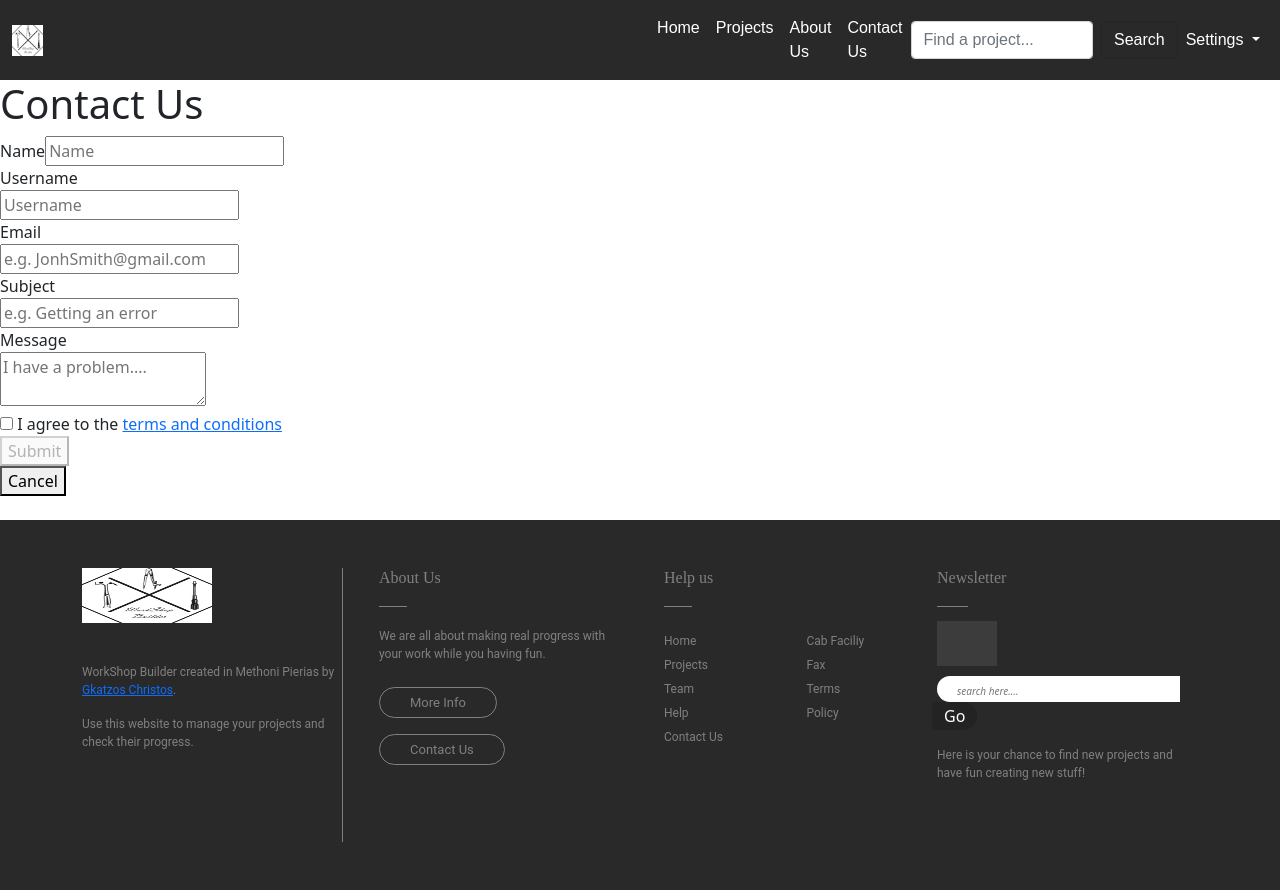
Repository: GkatzosChristos/workshop-builder-ui
Page: /contactUs (app in workshop-builder-ui/)
The author's editor kept a copy of each file at every save. The page is drawn from the files as they stood at one save, then again after the next save.
The browser window is 1280 px wide. The pictures show the whole page.
The project was rebuilt for these pictures with package versions that can differ from the ones it lists, and the page was loaded fresh each time. Also part of the build but not shown: workshop-builder-ui/angular.json, workshop-builder-ui/src/app/about-us/about-us.component.ts, workshop-builder-ui/src/app/home/home.component.ts, workshop-builder-ui/src/app/project/project.component.ts.

Above is the page before, as saved 2021-08-27 17:20:27.

### workshop-builder-ui/src/index.html
<!doctype html>
<html lang="en">
<head>
  <meta charset="utf-8">
  <title>WorkshopBuilderUI</title>
  <base href="/">
  <meta name="viewport" content="width=device-width, initial-scale=1">
  <link rel="icon" type="image/x-icon" href="favicon.ico">
</head>

<body>
  <app-root></app-root>
</body>

</html>

### workshop-builder-ui/src/app/app.module.ts
import { NgModule } from '@angular/core';
import { BrowserModule } from '@angular/platform-browser';
import { FormsModule } from '@angular/forms';
import { AppRoutingModule } from './app-routing.module';
import { AppComponent } from './app.component';
import { HeaderComponent } from './header/header.component';
import { FooterComponent } from './footer/footer.component';
import { ContactUsComponent } from './contact-us/contact-us.component';
import { AboutUsComponent } from './about-us/about-us.component';
import { ProjectsComponent } from './project/project.component';
import { HomeComponent } from './home/home.component';

@NgModule({
  declarations: [
    AppComponent,
    HeaderComponent,
    FooterComponent,
    ContactUsComponent,
    AboutUsComponent,
    ProjectsComponent,
    HomeComponent
  ],
  imports: [
    BrowserModule,
    AppRoutingModule,
    FormsModule
  ],
  providers: [],
  bootstrap: [AppComponent]
})
export class AppModule { }

### workshop-builder-ui/src/app/app-routing.module.ts
import { NgModule } from '@angular/core';
import { RouterModule, Routes } from '@angular/router';
import { AboutUsComponent } from './about-us/about-us.component';
import { ContactUsComponent } from './contact-us/contact-us.component';
import { HomeComponent } from './home/home.component';
import { ProjectsComponent } from './project/project.component';

const routes: Routes = [
  {
    path: '',
    component: HomeComponent
  },
  {
    path: 'contactUs',
    component: ContactUsComponent
  },
  {
    path: 'aboutUs',
    component: AboutUsComponent
  },
  {
    path: 'projects',
    component: ProjectsComponent
  },
];

@NgModule({
  imports: [RouterModule.forRoot(routes)],
  exports: [RouterModule]
})
export class AppRoutingModule { }

### workshop-builder-ui/src/app/app.component.ts
import { Component } from '@angular/core';

@Component({
  selector: 'app-root',
  templateUrl: './app.component.html',
  styleUrls: ['./app.component.scss']
})
export class AppComponent {
  title = 'workshop-builder-ui';
}

### workshop-builder-ui/src/app/contact-us/contact-us.component.ts
import { Component, OnInit } from '@angular/core';
import { FormGroup } from '@angular/forms';

@Component({
  selector: 'app-contact-us',
  templateUrl: 'contact-us.html',
  styles: [
  ]
})
export class ContactUsComponent implements OnInit {
  name: string='';
  username: string='';
  email: string='';
  subject: string='';
  message: string='';


  constructor() { }

  ngOnInit(): void {
  }

  submitForm(){
    const result = `${this.name}, your submission was successful! We will contact you at ${this.email} as soon as possible!`;
    alert(result);
  }

  onReset(){
    location.reload();
  }

}

### workshop-builder-ui/src/app/header/header.component.html
<head>
    <title>header</title>
    <meta charset="utf-8">
</head>
<header>
    <nav class="navbar navbar-expand-lg">
        <div class="container-fluid">
            <a class="navbar-brand" routerLink="/">
                <img src="/assets/images/workshop_logo.jpg" alt="WorkShop Builder">
            </a>
            <div id="navbarNavDropdown" class="collapse navbar-collapse">
                <ul class="navbar-nav me-auto my-2 my-lg-0 navbar-nav-scroll" style="--bs-scroll-height: 100px;">
                    <li class="nav-item">
                        <a class="nav-link text-white" routerLink="/">Home</a>
                    </li>
                    <li class="nav-item">
                        <a class="nav-link text-white" routerLink="/projects">Projects</a>
                    </li>
                    <li class="nav-item">
                        <a class="nav-link text-white" routerLink="/aboutUs">About Us</a>
                    </li>
                    <li class="nav-item">
                        <a class="nav-link text-white" routerLink="/contactUs">Contact Us</a>
                    </li>
                </ul>
                <form class="d-flex">
                    <input class="form-control me-2" type="text" placeholder="Find a project...">
                    <a class="btn btn-outline-dark text-white">Search</a>
                </form>
                <ul class="navbar-nav" style="--bs-scroll-height: 100px;">
                    <li class="nav-item dropdown">
                        <a class="nav-link dropdown-toggle text-white" href="#" id="navbarScrollingDropdown"
                            role="button" data-bs-toggle="dropdown" aria-expanded="false">
                            Settings
                        </a>
                        <ul class="dropdown-menu" aria-labelledby="navbarScrollingDropdown">
                            <li><a class="dropdown-item text-white" href="#">Sign in</a></li>
                            <li><a class="dropdown-item text-white" href="#">Sign up</a></li>
                            <li>
                                <hr class="dropdown-divider">
                            </li>
                            <li><a class="dropdown-item text-white" href="#">Report an issue</a></li>
                        </ul>
                    </li>
                </ul>
            </div>
        </div>
    </nav>
</header>

### workshop-builder-ui/src/app/header/header.component.scss
img {
    height: 5%;
    width: 5%;
}

nav {
    background: #292929;
}

header {
    font-family: 'Signika', sans-serif;
 }

### workshop-builder-ui/src/app/footer/footer.component.html
<head>
    <title>Footer</title>
    <meta charset="utf-8">
</head>
<footer class="container-fluid bg-grey py-5">
    <div class="container">
        <div class="row">
            <div class="col-md-6">
                <div class="row">
                    <div class="col-md-6 ">
                        <div class="logo-part">
                            <img src="/assets/images/workshop_logo.jpg" class="w-50 logo-footer">
                            <p>WorkShop Builder created in Methoni Pierias by <a
                                    href="https://www.linkedin.com/in/christos-gkatzos/">Gkatzos Christos</a>.</p>
                            <p>Use this website to manage your projects and check their progress.</p>
                        </div>
                    </div>
                    <div class="col-md-6 px-4">
                        <h6> About Us</h6>
                        <p>We are all about making real progress with your work while you having fun.</p>
                        <a href="#" class="btn-footer"> More Info </a><br>
                        <a href="#" class="btn-footer"> Contact Us</a>
                    </div>
                </div>
            </div>
            <div class="col-md-6">
                <div class="row">
                    <div class="col-md-6 px-4">
                        <h6> Help us</h6>
                        <div class="row ">
                            <div class="col-md-6">
                                <ul>
                                    <li> <a href="#"> Home</a> </li>
                                    <li> <a href="#"> Projects</a> </li>
                                    <li> <a href="#"> Team</a> </li>
                                    <li> <a href="#"> Help</a> </li>
                                    <li> <a href="#"> Contact Us</a> </li>
                                </ul>
                            </div>
                            <div class="col-md-6 px-4">
                                <ul>
                                    <li> <a href="#"> Cab Faciliy</a> </li>
                                    <li> <a href="#"> Fax</a> </li>
                                    <li> <a href="#"> Terms</a> </li>
                                    <li> <a href="#"> Policy</a> </li>
                                </ul>
                            </div>
                        </div>
                    </div>
                    <div class="col-md-6 ">
                        <h6> Newsletter</h6>
                        <div class="social">
                            <a href="#"><i class="fa fa-facebook mr-1" aria-hidden="true"></i></a>
                            <a href="#"><i class="fa fa-instagram" aria-hidden="true"></i></a>
                        </div>
                        <form class="form-footer my-3">
                            <input type="text" placeholder="search here...." name="search">
                            <input type="button" value="Go">
                        </form>
                        <p>Here is your chance to find new projects and have fun creating new stuff!</p>
                    </div>
                </div>
            </div>
        </div>
    </div>
</footer>

### workshop-builder-ui/src/app/footer/footer.component.scss
body {
    font-family: 'Signika', sans-serif;
 }
 .bg-grey {
    background: #292929;
 }
 .logo-footer {
    margin-bottom: 40px;
 }
 footer {
    color: grey;
 }
 footer p, a {
    font-size: 12px;
    font-family: 'Roboto', sans-serif;
}
footer h6 {
    font-family: 'Playfair Display', serif;
    margin-bottom: 40px;
    position: relative;
}
footer h6:after {
    position: absolute;
    content: "";
    background: grey;
    width: 12%;
    height: 1px;
    left: 0;
    bottom: -20px;
}
.btn-footer {
    color: grey;
    text-decoration: none;
    border: 1px solid;
    border-radius: 43px;
    font-size: 13px;
    padding: 7px 30px;
    line-height: 47px;
 }

 .btn-footer:hover {
    text-decoration: none;
 }

.form-footer input[type="text"] {
    border: none;
    border-radius: 16px 0 0 16px;
    outline: none;
    padding-left: 10px;
}

::placeholder {
    font-size: 10px;
    padding-left: 10px;
    font-style: italic;
}

.form-footer input[type="button"] {
    border: none;
    background:#232323;
    margin-left: -5px;
    color: #fff;
    outline: none;
    border-radius: 0 16px 16px 0;
    padding: 2px 12px;
}

.social .fa {
    color: grey;
    font-size: 22px;
    padding: 10px 15px;
    background: #3c3c3c;
}

footer ul li {
    list-style: none;
    display: block;
}

footer ul  {
    padding-left: 0;
}
footer ul  li a{
    text-decoration: none;
    color: grey;
    text-decoration:none;
}

a:hover {
    text-decoration: none;
    color: #f5f5f5 !important;
}

.logo-part {
    border-right: 1px solid grey;
    height: 100%;
}

img {
    height: 20%;
    width: 20%;
}

### workshop-builder-ui/src/app/contact-us/contact-us.html
<h1 class="title has-text-centered">Contact Us</h1>
<body>
  <section>
      <form (ngSubmit)="submitForm()" #contactForm="ngForm">
        <div class="field">
        <div class="field">
          <label class="label has-text-centered">Name</label>
          <input
            class="input"
            type="text"
            name="name"
            placeholder="Name"
            [(ngModel)]="name"
            #nameInput="ngModel"
            required>
            <div class="help is-error" *ngIf="nameInput.invalid && nameInput.touched">
                <p class="help is-danger">This username is required!</p>
            </div>
            <div class="help is-error" *ngIf="nameInput.valid && nameInput.dirty">
                <p class="help is-success">This username is Availible!</p>
            </div>
        </div>
        <div class="field column is-4">
          <label class="label has-text-centered">Username</label>
          <div class="control has-icons-left has-icons-right">
            <input
              class="input"
              type="text"
              name="usename"
              placeholder="Username"
              [(ngModel)]="username"
              #usernameInput="ngModel"
              required>
            <span class="icon is-small is-left">
              <i class="fa fa-user"></i>
            </span>
            <div class="help is-error" *ngIf="usernameInput.invalid && usernameInput.touched">
                <p class="help is-danger">This username is required!</p>
            </div>
            <div class="help is-error" *ngIf="usernameInput.valid && usernameInput.dirty">
                <p class="help is-success">This username is Availible!</p>
            </div>
          </div>
        </div>

        <div class="field column is-4">
          <label class="label has-text-centered">Email</label>
          <div class="control has-icons-left">
            <input
              class="input"
              type="email"
              name="email"
              placeholder="e.g. JonhSmith@gmail.com"
              #emailInput="ngModel"
              [(ngModel)]="email"
              required
              email>
            <span class="icon is-small is-left">
              <i class="fa fa-envelope"></i>
            </span>
            <div class="help is-error is-danger" *ngIf="emailInput.invalid && emailInput.touched">
                <p class="help is-danger">The email required and must be valid!</p>
            </div>
            <div class="help is-error" *ngIf="emailInput.valid && emailInput.dirty">
                <p class="help is-success">This email is valid!</p>
            </div>
          </div>
        </div>

        <div class="field column is-4">
          <label class="label has-text-centered">Subject</label>
          <div class="control">
            <input class="input is-expand" type="text" name="subject" placeholder="e.g. Getting an error" [(ngModel)]="subject">
          </div>
        </div>

        <div class="field column is-4 ">
          <label class="label has-text-centered">Message</label>
          <div class="control">
            <textarea class="textarea" name="message" placeholder="I have a problem...." [(ngModel)]="message"></textarea>
          </div>
        </div>

        <div class="field">
          <div class="control">
            <label class="checkbox">
              <input type="checkbox"
              #checkboxInput>
              I agree to the <a href="#">terms and conditions</a>
            </label>
          </div>
        </div>

        <div class="field is-grouped mb-4 is-grouped-centered">
          <div class="control">
            <button class="button is-link" [disabled]="contactForm.invalid">Submit</button>
          </div>
          <div class="control">
            <button class="button is-link is-light" type="reset" (click)="onReset()" >Cancel</button>
          </div>
        </div>
        </div>
      </form>
  </section>
  </body>

Loaded but not shown: workshop-builder-ui/src/styles.scss (common file); workshop-builder-ui/src/main.ts (common file); workshop-builder-ui/src/environments/environment.ts (common file); workshop-builder-ui/src/app/header/header.component.ts (common file); workshop-builder-ui/src/app/footer/footer.component.ts (common file); workshop-builder-ui/src/app/app.component.html (common file); workshop-builder-ui/src/app/app.component.scss (no stored copy; drawn as an empty file); workshop-builder-ui/src/app/project/project.scss (no stored copy; drawn as an empty file)

After the next save:
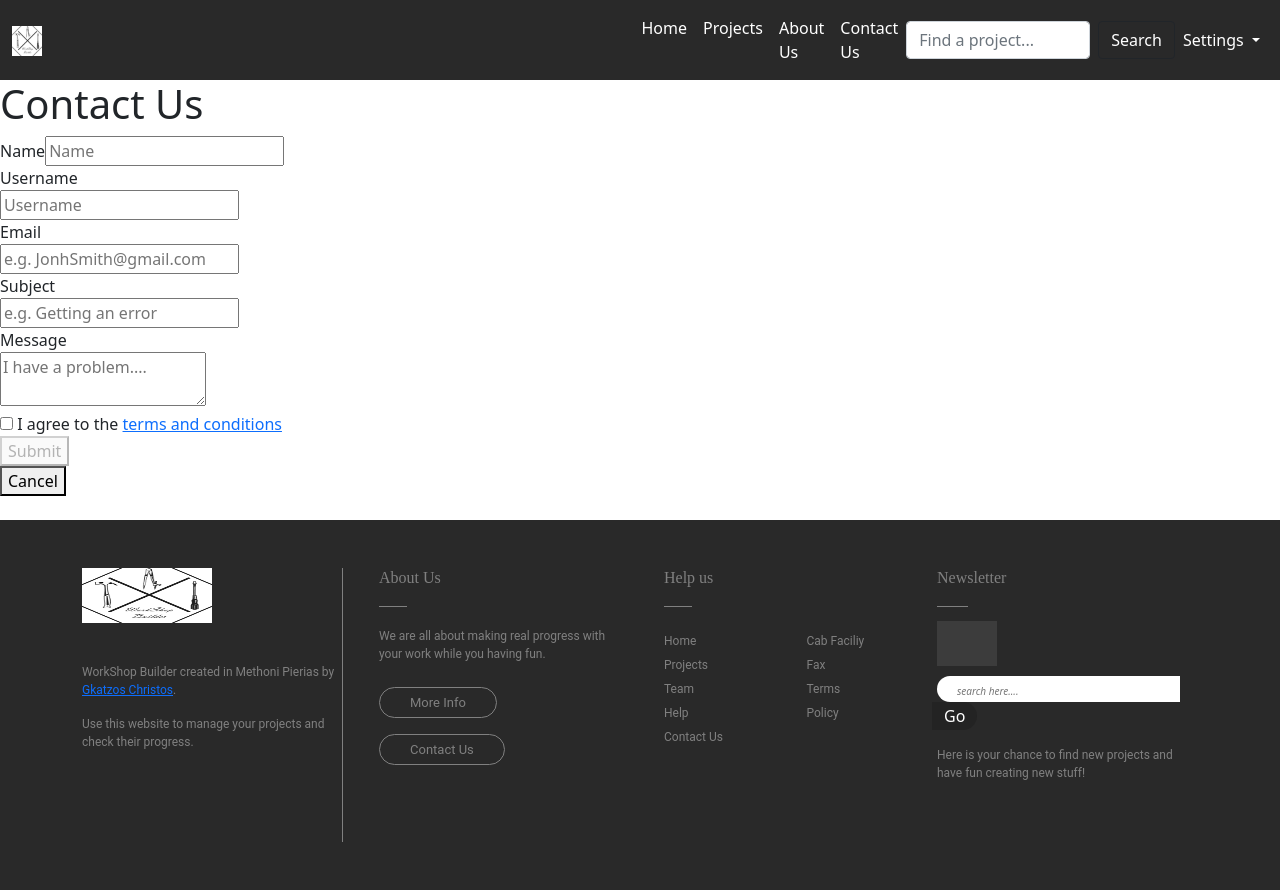
Saved 85 s later.
--- a/workshop-builder-ui/src/app/header/header.component.scss
+++ b/workshop-builder-ui/src/app/header/header.component.scss
@@ -6,7 +6,3 @@ img {
 nav {
     background: #292929;
 }
-
-header {
-    font-family: 'Signika', sans-serif;
- }
